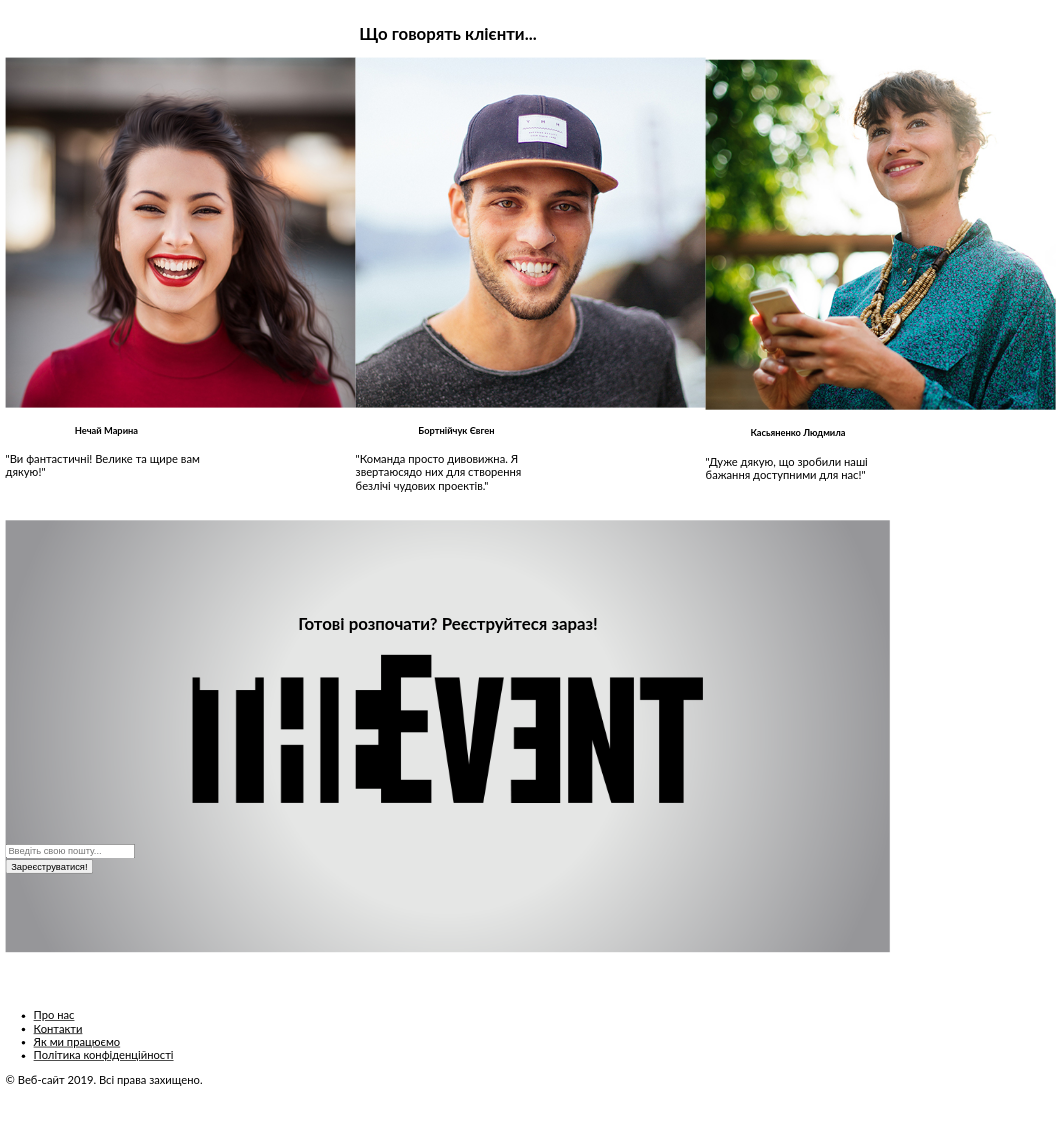
Repository: ivankovaa/HelloWorld
Page: site/index.html
The author's editor kept a record of every edit. The page is drawn from the files as they stood at one moment, then again after the next edit.
The browser window is 1280 px wide. The page is 1508 px wide, so the pictures cover 1508 px, including what lies to the right of the window. The pictures show the part of the page from y = 2545 to 4185 px (the page is 4185 px tall before and 3961 px after), at 70% of full size.

Above is the page before.

### site/index.html
<!DOCTYPE html>
<html lang="uk">

<head>

  <meta charset="utf-8">
  <meta name="author" content="Іванькова Анастасія">

  <title>The Event</title>

  <link href="css/landing-page.css" rel="stylesheet">

</head>

<body>

  <nav>
    <div class="container">
      <b> <a href="#">Створіть свій найкращий захід</a></b>
      <a class="btn" href="#"><b>Вхід</b></a>
    </div>
  </nav>

  <header class="masthead">
    <div class="container">
        <div>
          <h1 class="mb-5">Уявіть бажаний результат, а ми згенеруємо ідеї!</h1>
        </div>
    </div>
  </header>

  <section class="features">
    <div class="container">
        <div>
          <div class="feature">
            <h3>Звітуємо з самого початку</h3>
            <img class="image" src="img/pic1.jpg" alt="Зображення">
            <p class="text">Ви можете бути спокійними за свій проект, незалежно від його масштабу!</p>
          </div>
        </div>
        <div>
          <div class="feature">
            <h3>Працюємо під ключ</h3>
            <img class="image" src="img/pic2.jpg" alt="Зображення">
            <p class="text">Реалізуємо ваші бажання за ВАШИМ бюджетом!</p>
          </div>
        </div>
        <div>
          <div class="feature">
            <h3>Легко розпочати роботу</h3>
            <img class="image" src="img/pic3.jpg" alt="Зображення">
            <p class="text">Готові обговорити найближчій захід вже зараз, залишайте пошту і ми з вами зв'яжемося!</p>
          </div>
        </div>
      </div>
  </section>

  <section class="clients">
    <div class="container">
      <h2 class="mb-5">Що говорять клієнти...</h2>
        <div>
          <div class="client-item1">
            <img class="picture" src="img/client1.jpg" alt="Зображення">
            <h5>Нечай Марина</h5>
            <p class="feedback">"Ви фантастичні! Велике та щире вам дякую!"</p>
          </div>
        </div>
        <div>
          <div class="client-item2">
            <img class="picture" src="img/client2.jpg" alt="Зображення">
            <h5>Бортнійчук Євген</h5>
            <p class="feedback">"Команда просто дивовижна. Я звертаюсядо них для створення безлічі чудових проектів."</p>
          </div>
        </div>
        <div>
          <div class="client-item3">
            <img class="picture" src="img/client3.jpg" alt="Зображення">
            <h5>Касьяненко Людмила</h5>
            <p class="feedback">"Дуже дякую, що зробили наші бажання доступними для нас!"</p>
          </div>
        </div>
    </div>
  </section>


  <section class="call-to-action">
    <div class="container">
        <div>
          <h2>Готові розпочати? Реєструйтеся зараз!</h2>
        </div>
        <div>
          <form>
            <div class="form-row">
              <div>
                <input type="email" class="form" placeholder="Введіть свою пошту...">
              </div>
              <div>
                <button type="submit" class="btn2">Зареєструватися!</button>
              </div>
            </div>
          </form>
        </div>
    </div>
  </section>

  <footer class="info">
    <div class="container">
        <div>
          <ul class="list">
            <li>
              <a href="#">Про нас</a>
            </li>
            <li>
              <a href="#">Контакти</a>
            </li>
            <li>
              <a href="#">Як ми працюємо</a>
            </li>
            <li>
              <a href="#">Політика конфіденційності</a>
            </li>
          </ul>
          <p>&copy; Веб-сайт 2019. Всі права захищено.</p>
        </div>
    </div>
  </footer>

</body>

</html>

### site/css/landing-page.css
body {
  font-family: 'Lato', 'Helvetica Neue', Helvetica, Arial, sans-serif;
}

h1,
h2,
h3,
h4,
h5,
h6 {
  font-family: 'Lato', 'Helvetica Neue', Helvetica, Arial, sans-serif;
  font-weight: 700;
  text-align: center;
}

header.masthead {
  position: relative;
  background-color: #343a40;
  background: url("../img/event.jpg") no-repeat center center;
  background-size: cover;
  padding-top: 30px;
  padding-bottom: 30px;
}

.container {
  color: black;
}

.btn {
  float: right;
  margin-right: 10px;
}

header.masthead .mb-5 {
  font-size: 40px;
  margin-top: 500px;
  text-align: center;
}

.features {
  padding-top: 7rem;
  padding-bottom: 7rem;
}

.features.feature {
  max-width: 20rem;
}


.features .text {
  text-align: center;
}

.clients {
  padding-top: 20px;
  padding-bottom: 40px;
}

.clients .client-item1 {
  max-width: 18rem;
  float: left;
}

.clients .client-item2 {
  max-width: 18rem;
  position: relative;
  margin-left: 500px;
}

.clients .client-item3 {
  max-width: 18rem;
  position: relative;
  margin-left: 1000px;
  margin-top: -633px;
}

.clients .client-item img {
  max-width: 12rem;
  box-shadow: 0px 5px 5px 0px #adb5bd;
}

.call-to-action {
  position: relative;
  background: url("../img/event.jpg") no-repeat center center;
  background-size: cover;
  padding-top: 7rem;
  padding-bottom: 7rem;
}

.call-to-action .form-row {
  position: relative;
  margin-top: 300px;
}

.info {
  padding-top: 4rem;
  padding-bottom: 4rem;
}

.info li a {
  color: black;
}

After the next edit:
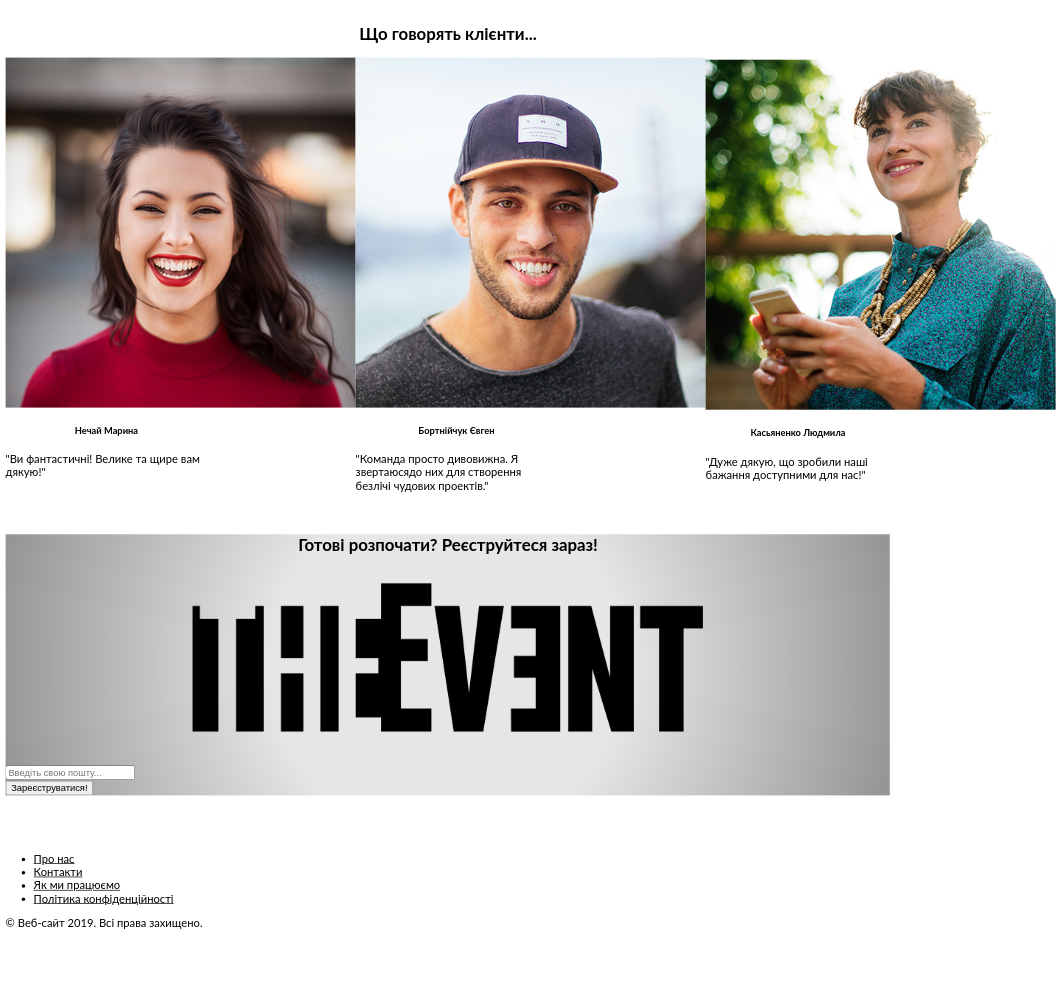
The edit:
--- a/site/css/landing-page.css
+++ b/site/css/landing-page.css
@@ -80,11 +80,8 @@
 }
 
 .call-to-action {
-  position: relative;
   background: url("../img/event.jpg") no-repeat center center;
   background-size: cover;
-  padding-top: 7rem;
-  padding-bottom: 7rem;
 }
 
 .call-to-action .form-row {
